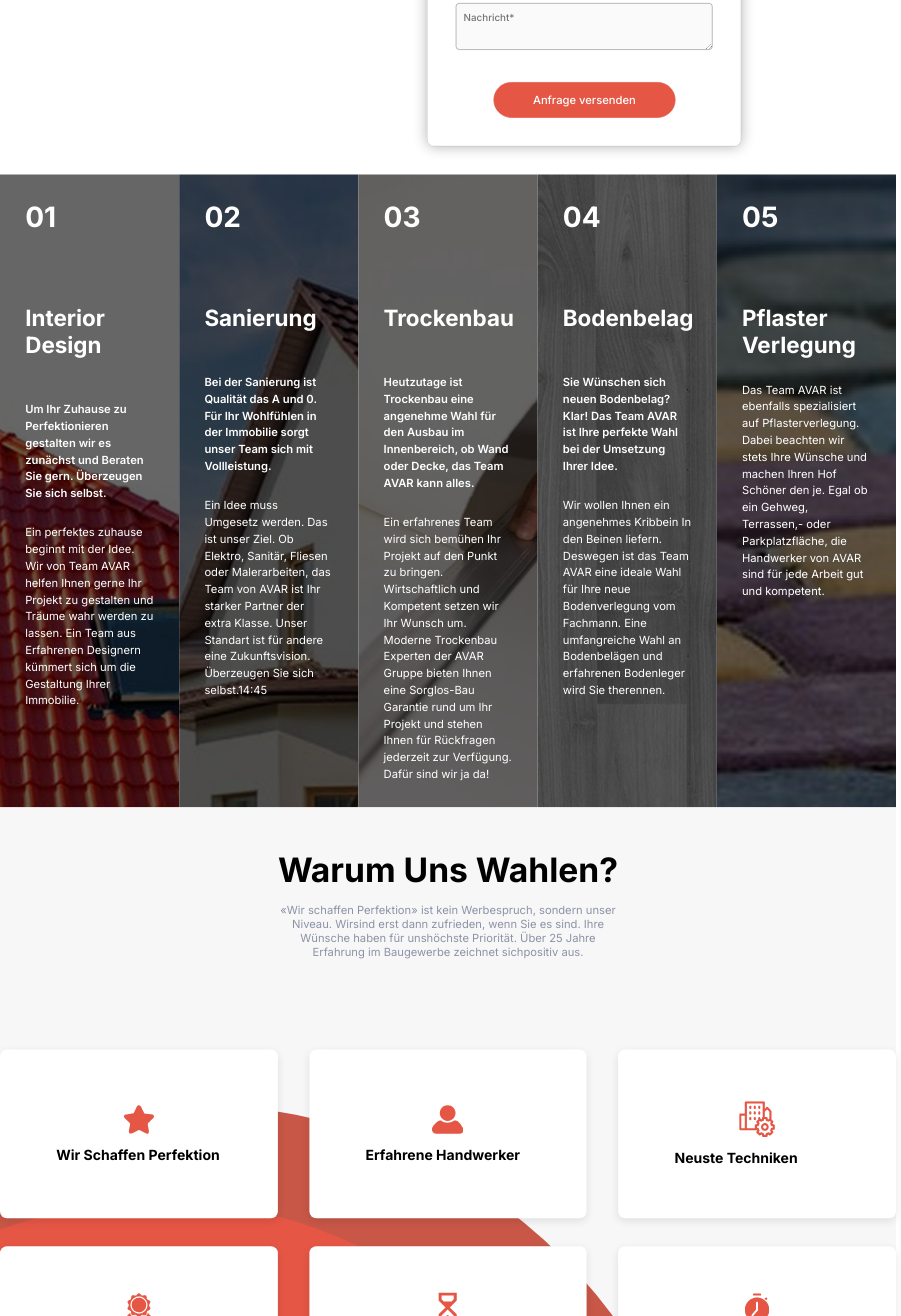
Repository: AlazarStudio/avar_react
Page: /
An editor plug-in stored every save of this project. The page is shown before and after the next save, followed by the edit.
The browser window is 1280 px wide. The page is 1287 px wide, so the pictures cover 1287 px, including what lies to the right of the window. The pictures show the part of the page from y = 1195 to 3075 px (the page is 7647 px tall before and 8090 px after), at 70% of full size.
The project was rebuilt for these pictures with package versions that can differ from the ones it lists, and the page was loaded fresh each time. Also part of the build but not shown: vite.config.js, src/Components/Pages/Non_Found_Page.jsx, src/Components/Pages/HomePage/HomePage.module.css, src/Components/Pages/UberUnsPage/UberUnsPage.module.css, src/Components/ui/UberUnsContainers/Container1/Container1.module.css, src/Components/ui/UberUnsContainers/Container1/Container1.jsx, src/Components/ui/UberUnsContainers/Container2/Container2.module.css, src/Components/ui/UberUnsContainers/Container2/Container2.jsx and 55 more.

Above is the page before, as saved 2025-07-04 15:38:18.

### index.html
<!DOCTYPE html>
<html lang="ru">
  <head>
    <meta charset="UTF-8" />
    <link rel="icon" type="image/svg+xml" href="/Vector.svg" />
    <meta name="viewport" content="width=device-width, initial-scale=1.0" />
    <title>AVAR</title>
    <!-- Основные мета-теги для iOS -->
    <meta name="apple-mobile-web-app-capable" content="yes" />
    <meta name="apple-mobile-web-app-status-bar-style" content="black" />
    <meta name="apple-mobile-web-app-title" content="My App" />

    <!-- Иконки для iOS -->
    <link rel="apple-touch-icon" href="/favicon-alazar-studio.png" />

    <!-- Цветовая схема для iOS (настраивает цвет адресной строки и интерфейса) -->
    <meta name="theme-color" content="#1976d2" />

    <link rel="manifest" href="/manifest.json" />
    <link
      href="https://fonts.googleapis.com/css2?family=Inter:wght@400;500;600;700&display=swap"
      rel="stylesheet"
    />

    <!-- <link rel="stylesheet" href="https://fonts.googleapis.com/css2?family=Montserrat:wght@400;700&display=swap"> -->
  </head>

  <body>
    <div id="root"></div>
    <script type="module" src="/src/main.jsx"></script>
  </body>
</html>

### src/App.jsx
import React from 'react';
import { Route, Routes } from 'react-router-dom';

// import Main_Page from './Components/Pages/Main_Page';
import Non_Found_Page from './Components/Pages/Non_Found_Page';
import Layout from './Components/Standart/Layout/Layout';
// import InstallButton from './Components/Pages/InstallButton/InstallButton';
import HomePage from './Components/Pages/HomePage/HomePage';
import UberUnsPage from './Components/Pages/UberUnsPage/UberUnsPage';
import ServicesPage from './Components/Pages/ServicesPage/ServicesPage';
import ProjektePage from './Components/Pages/ProjektePage/ProjektePage';
import OneProjektPage from './Components/Pages/OneProjektPage/OneProjektPage';
import KontaktPage from './Components/Pages/KontaktPage/KontaktPage';
import UnserTeamPage from './Components/Pages/UnserTeamPage/UnserTeamPage';
import BewertungenPage from './Components/Pages/BewertungenPage/BewertungenPage';

function App() {
  return (
    <>
      <Routes>
        <Route path="/" element={<Layout />}>
          <Route index element={<HomePage />} />
          <Route path="überUns" element={<UberUnsPage />} />
          <Route path="services" element={<ServicesPage />} />\
          <Route path="projekte" element={<ProjektePage />} />
          <Route path="projekte/:id" element={<OneProjektPage />} />
          <Route path="kontakt" element={<KontaktPage />} />
          <Route path="unserTeam" element={<UnserTeamPage />} />
          <Route path="bewertungen" element={<BewertungenPage />} />
          <Route path="*" element={<Non_Found_Page />} />
        </Route>
      </Routes>

      {/* Кнопка установки */}
      {/* <InstallButton /> */}
    </>
  );
}

export default App;

### src/index.css
* {
  margin: 0;
  padding: 0;
  box-sizing: border-box;
  /* font-family: 'Arial', sans-serif; */
  font-family: 'Inter', sans-serif;
  scroll-behavior: smooth;
}

a {
  text-decoration: none;
}

:root {
  --blockWidth: 1300px;
}

body {
  /* font-family: 'Arial', sans-serif; */
  font-family: 'Inter', sans-serif;
  background-color: #FFFFFF;
}

main {
  display: flex;
  flex-direction: column;
  gap: 80px;
  padding-bottom: 80px;
}

### src/Components/Standart/Layout/Layout.jsx
import React from "react";
import { Outlet } from "react-router-dom";

import Header from "../../Blocks/Header/Header"
import Footer from "../../Blocks/Footer/Footer";


function Empty({ children, ...props }) {
    return (
        <>
            <Header/>
            <Outlet />
            <Footer/>
        </>
    );
}

export default Empty;

### src/Components/Pages/HomePage/HomePage.jsx
import classes from './HomePage.module.css';

import 'swiper/css';
import 'swiper/css/navigation';
import 'swiper/css/pagination';
import Container1 from '../../ui/HomePageContainers/Container1/Container1';
import Container2 from '../../ui/HomePageContainers/Container2/Container2';
import Container3 from '../../ui/HomePageContainers/Container3/Container3';
import Container4 from '../../ui/HomePageContainers/Container4/Container4';
import Container5 from '../../ui/HomePageContainers/Container5/Container5';
import Container6 from '../../ui/HomePageContainers/Container6/Container6';
import Container7 from '../../ui/HomePageContainers/Container7/Container7';
import Container8 from '../../ui/HomePageContainers/Container8/Container8';
import Container9 from '../../ui/HomePageContainers/Container9/Container9';

function HomePage({ children, ...props }) {
  return (
    <>
      <div className={classes.contaier}>
        <Container1 />
        <Container2 />
        <Container3 />
        <Container4 />
        <Container5 />
        <Container6 />
        <Container7 />
        <Container8 />
        <Container9 />
      </div>
    </>
  );
}

export default HomePage;

### src/Components/Blocks/Header/Header.jsx
import React from 'react';
import { Link, useNavigate, useLocation } from 'react-router-dom';
import classes from './Header.module.css';

function Header({ children, ...props }) {
  const navigate = useNavigate();
  const location = useLocation(); // Получаем текущий путь

  // Условно применяем класс для синего фона на странице OneProjektPage
  const isOneProjectPage = location.pathname.includes('projekte/');

  return (
    <div
      className={`${classes.container} ${
        isOneProjectPage ? classes.blueBackground : ''
      }`}
    >
      <div className={classes.header}>
        <div className={classes.headerLeft}>
          <img src="../images/logoHome.png" onClick={() => navigate('/')} />
        </div>
        <div className={classes.headerRight}>
          <ul className={classes.navigate}>
            <li>
              <Link to="/">Home</Link>
            </li>
            <li>
              <Link to="/überUns">Über uns</Link>
            </li>
            <li>
              <Link to="/unserTeam">Unser Team</Link>
            </li>
            <li>
              <Link to="/bewertungen">Bewertungen</Link>
            </li>
            <li>
              <Link to="/services">Services</Link>
            </li>
            <li>
              <Link to="/projekte">Projekte</Link>
            </li>
            <li>
              <Link to="/kontakt">Kontakt</Link>
            </li>
            <li>
              <a className={classes.w} href="tel:01785029999">
                Call Us
              </a>
            </li>
          </ul>
        </div>
      </div>
    </div>
  );
}

export default Header;

### src/Components/ui/HomePageContainers/Container1/Container1.jsx
import React from 'react';
import classes from './Container1.module.css';

export default function Container1() {
  return (
    <div>
      <div className={classes.container1}>
        <div className={classes.content}>
          <div className={classes.box}>
            <div className={classes.block}>
              <span>
                Wir schaffen Räume, die begeistern - sauber und solide
              </span>
              <span>
                Von der ersten Baustufe bis zur letzten Politur stehen wir für
                Qualität, Zuverlässigkeit und Sauberkeit. Ob Bauleitung oder
                Gebäudereinigung - wir begleiten Ihr Projekt mit Erfahrung,
                Präzision und einem hohen Anspruch an Perfektion. Vertrauen Sie
                auf einen Partner, der Handwerk und Sauberkeit vereint.
              </span>
              <div className={classes.buttons}>
                <button>Kostenlose Beratung gewünscht?</button>
                {/* <button>Unsere Dienstleistungen</button> */}
              </div>
            </div>
          </div>
          <div className={classes.blockBottom}>
            <span>
              <img src="../images/coolicon (5).svg" />
              Aalborgring 4, 24109 Kiel
            </span>
            <div className={classes.contact}>
              <img src="../images/coolicon (1).svg" />
              <img src="../images/coolicon (2).svg" />
              <img src="../images/coolicon (3).svg" />
              <img src="../images/coolicon (4).svg" />
            </div>
          </div>
        </div>
      </div>
    </div>
  );
}

### src/Components/ui/HomePageContainers/Container3/Container3.jsx
import React from 'react';
import classes from './Container3.module.css';

export default function Container3() {
  return (
    <div>
      {' '}
      <div className={classes.container3}>
        <div className={classes.container3Block}>
          <div className={classes.container3BlockEl}>
            <span>01</span>
            <span>Interior Design</span>
            <span>
              Um Ihr Zuhause zu Perfektionieren gestalten wir es zunächst und
              Beraten Sie gern. Überzeugen Sie sich selbst.
            </span>
            <span>
              Ein perfektes zuhause beginnt mit der Idee. Wir von Team AVAR
              helfen Ihnen gerne Ihr Projekt zu gestalten und Träume wahr werden
              zu lassen. Ein Team aus Erfahrenen Designern kümmert sich um die
              Gestaltung Ihrer Immobilie.
            </span>
          </div>
          <div className={classes.container3BlockEl}>
            <span>02</span>
            <span>Sanierung</span>
            <span>
              Bei der Sanierung ist Qualität das A und 0. Für Ihr Wohlfühlen in
              der Immobilie sorgt unser Team sich mit Vollleistung.
            </span>
            <span>
              Ein Idee muss Umgesetz werden. Das ist unser Ziel. Ob Elektro,
              Sanitär, Fliesen oder Malerarbeiten, das Team von AVAR ist Ihr
              starker Partner der extra Klasse. Unser Standart ist für andere
              eine Zukunftsvision. Überzeugen Sie sich selbst.14:45
            </span>
          </div>
          <div className={classes.container3BlockEl}>
            <span>03</span>
            <span>Trockenbau</span>
            <span>
              Heutzutage ist Trockenbau eine angenehme Wahl für den Ausbau im
              Innenbereich, ob Wand oder Decke, das Team AVAR kann alles.
            </span>
            <span>
              Ein erfahrenes Team wird sich bemühen Ihr Projekt auf den Punkt zu
              bringen. Wirtschaftlich und Kompetent setzen wir Ihr Wunsch um.
              Moderne Trockenbau Experten der AVAR Gruppe bieten Ihnen eine
              Sorglos-Bau Garantie rund um Ihr Projekt und stehen Ihnen für
              Rückfragen jederzeit zur Verfügung. Dafür sind wir ja da!
            </span>
          </div>
          <div className={classes.container3BlockEl}>
            <span>04</span>
            <span>Bodenbelag</span>
            <span>
              Sie Wünschen sich neuen Bodenbelag? Klar! Das Team AVAR ist Ihre
              perfekte Wahl bei der Umsetzung Ihrer Idee.
            </span>
            <span>
              Wir wollen Ihnen ein angenehmes Kribbein In den Beinen liefern.
              Deswegen ist das Team AVAR eine ideale Wahl für Ihre neue
              Bodenverlegung vom Fachmann. Eine umfangreiche Wahl an
              Bodenbelägen und erfahrenen Bodenleger wird Sie therennen.
            </span>
          </div>
          <div className={classes.container3BlockEl}>
            <span>05</span>
            <span>Pflaster Verlegung</span>
            <span>
              Das Team AVAR ist ebenfalls spezialisiert auf Pflasterverlegung.
              Dabei beachten wir stets Ihre Wünsche und machen Ihren Hof Schöner
              den je. Egal ob ein Gehweg, Terrassen,- oder Parkplatzfläche, die
              Handwerker von AVAR sind für jede Arbeit gut und kompetent.

            </span>
          </div>
        </div>
      </div>
    </div>
  );
}

### src/Components/ui/HomePageContainers/Container5/Container5.jsx
import React from 'react';
import classes from './Container5.module.css';

export default function Container5() {
  return (
    <div>
      {' '}
      <div className={classes.container5}>
        <div className={classes.contaier5Block}>
          <div className={classes.contaier5BlockEl}>
            <span>200+</span>
            <span>Projekte jährlich</span>
          </div>
          <div className={classes.contaier5BlockEl}>
            <span>20</span>
            <span>Team von Handwerkern</span>
          </div>
          <div className={classes.contaier5BlockEl}>
            <span>110%</span>
            <span>Leistung</span>
          </div>
          <div className={classes.contaier5BlockEl}>
            <span>1</span>
            <span>Ziel</span>
          </div>
        </div>
      </div>
    </div>
  );
}

### src/Components/ui/HomePageContainers/Container7/Container7.jsx
import React from 'react';
import classes from './Container7.module.css';

export default function Container7() {
  return (
    <div>
      {' '}
      <div className={classes.container7}>
        <img src="../images/homeCon71.png" className={classes.contaier7Bg} />
        <div className={classes.container7Block}>
          <div className={classes.container7BlockLeft}>
            <img src="../images/homeCon72.png" />
          </div>
          <div className={classes.container7BlockRight}>
            <div className={classes.container7BlockRightEl}>
              <span>Das Sagen Unsere Uber Uns</span>
              <span>
                ‘’Wir Haben Das Team Von AVAR Am Anfang Mit Ein Wenig Vorsicht
                Betrachtet, Allerdings Haben Wir Schnell Gemerkt, Dass Es
                Erfahrene Jungs Sind, Die Ihre Arbeit Kennen Und Diese Einfach
                Auf Einem Unglaublichen Niveau Und Schnelligkeit Umsetzten. Im
                Moment Fehlt Das Geld Für Eine Zweite Wohnung, Allerdings, Falls
                Unsere Familie Sich Entschließt Im Laufe Der Zeit Eine Zweite Zu
                Kaufen, Werden Wir Uns Definitiv Für Eine Erneute Zusammenarbeit
                Mit Herrn Abakarov Von Team AVAR Entscheiden. Danke Euch!’’
              </span>
              <span>Pia-Maria Wendtland</span>
            </div>
          </div>
        </div>
      </div>
    </div>
  );
}

### src/Components/ui/HomePageContainers/Container9/Container9.jsx
import React from 'react';
import classes from './Container9.module.css';

export default function Container9() {
  return (
    <div>
      {' '}
      <div className={classes.container9}>
        <div className={classes.container9Block}>
          <span>Offizieller Partner Der Postbank</span>
          <a href="https://www.postbank.de/">
            <img src="../images/image 7.svg" />
          </a>
        </div>
      </div>
    </div>
  );
}

### src/Components/Blocks/Header/Header.module.css
.container {
  display: flex;
  align-items: center;
  justify-content: center;
  width: 100%;
  height: 96px;
  margin-bottom: -96px;
}

.header {
  display: flex;
  align-items: center;
  justify-content: space-between;
  width: 100%;
  height: 100%;
  max-width: 1304px;
  background-color: inherit;
  z-index: 11;
}

.headerLeft {
  display: flex;
  align-items: center;
  justify-content: center;
  width: 160px;
  height: 54px;
}

.headerLeft img {
  width: 100%;
  height: 100%;
  cursor: pointer;
}

.headerRight {
  display: flex;
  width: 100%;
  max-width: 954px;
}

.navigate {
  display: flex;
  width: 100%;
  align-items: center;
  justify-content: space-between;
  list-style-type: none;
  padding-right: 3px;
  /* outline: 3px solid red; */
}

.navigate a {
  color: #ffffff;
  text-decoration: none;
  font-size: 16px;
  font-weight: 400;
  cursor: pointer;
  transition: all 0.2s ease-in-out;
  padding-bottom: 4px;
  border-bottom: 1px solid inherit;
}

.navigate a:hover {
  color: #e55645;
  border-bottom: 1px solid #e55645;
  transition: color 0.6s ease;
}

.w {
  display: flex;
  align-items: center;
  justify-content: center;
  line-height: 100%;
  color: #ffffff;
  text-decoration: none;
  font-size: 16px;
  font-weight: 400;
  width: 84px !important;
  height: 40px !important;
  cursor: pointer;
  transition: none;
  padding: 0;
  border-bottom: none;
  background-color: #e55645 !important;
  border-radius: 10px;
}

.w:hover {
  color: #fff !important;
  border-bottom: none;
  transition: color 0.6s ease;
}

.blueBackground {
  background-color: #000322;
}

@media (max-width: 768px) {
  .container {
    display: none;
  }
}

### src/Components/ui/HomePageContainers/Container5/Container5.module.css

.container5 {
  display: flex;
  align-items: center;
  justify-content: center;
  width: 100%;
  background-color: #f7f7f7;
}

.contaier5Block {
  display: flex;
  flex-direction: row;
  align-items: center;
  justify-content: space-between;
  width: 100%;
  max-width: 1304px;
  padding: 80px 60px;
}

.contaier5BlockEl {
  display: flex;
  flex-direction: column;
  gap: 16px;
  color: #8c93a6;
}

.contaier5BlockEl span:nth-of-type(1) {
  font-size: 64px;
  font-weight: 700;
  text-align: center;
}

.contaier5BlockEl span:nth-of-type(2) {
  font-size: 20px;
  font-weight: 700;
  text-align: center;
  width: 130px;
}

@media (max-width: 768px) {
  .container5 {
  }

  .contaier5Block {
    flex-wrap: wrap;
    width: 100%;
    max-width: 768px;
    padding: 40px;
    gap: 50px;
  }

  .contaier5BlockEl {
    display: flex;
    align-items: center;
    justify-content: center;
    width: 40%;
    gap: 12px;
  }

  .contaier5BlockEl span:nth-of-type(1) {
    font-size: 47px;
    font-weight: 700;
    text-align: center;
  }

  .contaier5BlockEl span:nth-of-type(2) {
    font-size: 14px;
    font-weight: 700;
    text-align: center;
  }
}

### src/Components/ui/HomePageContainers/Container6/Container6.module.css

.container6 {
  display: flex;
  align-items: center;
  justify-content: center;
  width: 100%;
  /* border: 1px solid red; */
}

.container6Block {
  display: flex;
  align-items: center;
  justify-content: center;
  flex-direction: column;
  width: 100%;
  max-width: 1304px;
  padding: 110px 0;
  gap: 66px;
  /* outline: 1px solid red; */
}

.container6BlockTop {
  display: flex;
  align-items: center;
  justify-content: center;
  width: 100%;
  font-size: 40px;
  font-weight: 700;
}

.container6BlockBottom {
  display: flex;
  align-items: center;
  justify-content: center;
  width: 100%;
}

.container6BlockBottom1 {
  display: flex;
  align-items: center;
  justify-content: center;
  width: 100%;
}

.container6BlockBottomEl {
  background: #fff;
  padding: 1.5rem;
  border-radius: 12px;
  /* box-shadow: 0 8px 24px rgba(0, 0, 0, 0.1); */
  display: flex;
  flex-direction: column;
  gap: 24px;
  /* text-align: center; */
  height: 100%;
  cursor: pointer;
  margin-top: 50px;
  margin-bottom: 80px;
}

.container6BlockBottomEl img {
  width: 100%;
  height: 285px;
  object-fit: cover;
  border-radius: 8px;
}

.container6BlockBottomEl span:nth-of-type(1) {
  font-size: 20px;
  font-weight: 700;
}

.container6BlockBottomEl span:nth-of-type(2) {
  font-size: 16px;
  font-weight: 400;
  color: #8c93a6;
}

@media (max-width: 768px) {
  .container6Block {
    padding: 40px 0;
    gap: 16px;
    /* outline: 1px solid red; */
  }

  .container6BlockTop {
    text-align: center;
    font-size: 24px;
    width: 260px;
  }
}

### src/Components/ui/HomePageContainers/Container9/Container9.module.css
.container9 {
  display: flex;
  align-items: center;
  justify-content: center;
  width: 100%;
}

.container9Block {
  display: flex;
  align-items: center;
  justify-content: center;
  gap: 62px;
  max-width: 1304px;
  padding-bottom: 150px;
}

.container9Block img {
  width: 748px;
  height: 203px;
}

.container9Block span {
  font-size: 40px;
  font-weight: 700;
  width: 410px;
  order: 2;
}

@media (max-width: 768px) {
  .container9 {
    display: flex;
    align-items: center;
    justify-content: center;
    width: 100%;
  }

  .container9Block {
    display: flex;
    flex-direction: column;
    align-items: center;
    justify-content: center;
    gap: 24px;
    max-width: 768px;
    padding: 15px;
  }

  .container9Block img {
    width: 100%;
    height: auto;
  }

  .container9Block span {
    display: flex;
    text-align: center;
    font-size: 24px;
    font-weight: 700;
    width: 280px;
  }
}

Loaded but not shown: src/main.jsx (common file); bd.js (104 lines, source omitted); src/Components/ui/HomePageContainers/Container2/Container2.jsx (167 lines, source omitted); src/Components/ui/HomePageContainers/Container2/Container2.module.css (315 lines, source omitted); src/Components/Blocks/Footer/Footer.module.css (246 lines, source omitted); src/Components/ui/HomePageContainers/Container1/Container1.module.css (251 lines, source omitted); src/Components/Blocks/Footer/Footer.jsx (77 lines, source omitted); src/Components/ui/HomePageContainers/Container3/Container3.module.css (145 lines, source omitted); src/Components/ui/HomePageContainers/Container4/Container4.module.css (147 lines, source omitted); src/Components/ui/HomePageContainers/Container8/Container8.module.css (120 lines, source omitted); src/Components/ui/HomePageContainers/Container4/Container4.jsx (51 lines, source omitted); src/Components/ui/HomePageContainers/Container7/Container7.module.css (120 lines, source omitted); src/Components/ui/HomePageContainers/Container6/Container6.jsx (56 lines, source omitted); src/Components/ui/HomePageContainers/Container8/Container8.jsx (55 lines, source omitted)

After the next save:
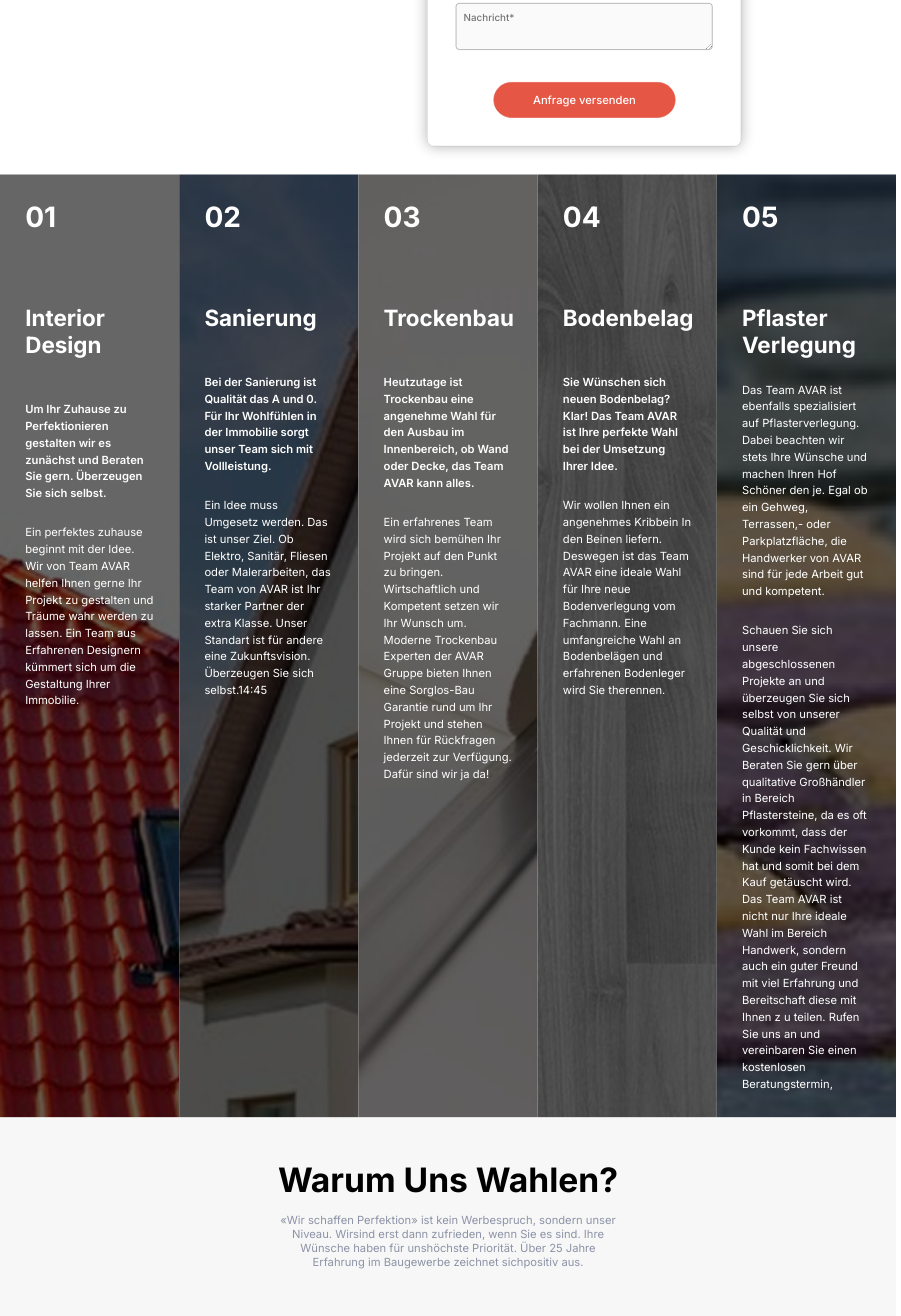
Saved 4 s later.
--- a/src/Components/ui/HomePageContainers/Container3/Container3.jsx
+++ b/src/Components/ui/HomePageContainers/Container3/Container3.jsx
@@ -72,7 +72,18 @@ export default function Container3() {
               Dabei beachten wir stets Ihre Wünsche und machen Ihren Hof Schöner
               den je. Egal ob ein Gehweg, Terrassen,- oder Parkplatzfläche, die
               Handwerker von AVAR sind für jede Arbeit gut und kompetent.
-
+            </span>
+            <span>
+              {' '}
+              Schauen Sie sich unsere abgeschlossenen Projekte an und überzeugen
+              Sie sich selbst von unserer Qualität und Geschicklichkeit. Wir
+              Beraten Sie gern über qualitative Großhändler in Bereich
+              Pflastersteine, da es oft vorkommt, dass der Kunde kein Fachwissen
+              hat und somit bei dem Kauf getäuscht wird. Das Team AVAR ist nicht
+              nur Ihre ideale Wahl im Bereich Handwerk, sondern auch ein guter
+              Freund mit viel Erfahrung und Bereitschaft diese mit Ihnen z u
+              teilen. Rufen Sie uns an und vereinbaren Sie einen kostenlosen
+              Beratungstermin,
             </span>
           </div>
         </div>
